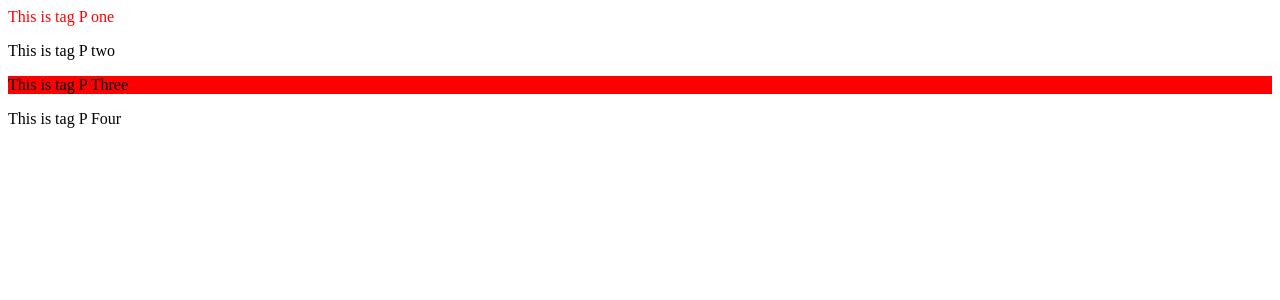
Repository: VDHBK/Learn-JS
Page: JS-Huy/domSelector.html
An editor plug-in stored every save of this project. The page is shown before and after the next save, followed by the edit.
The browser window is 1280 px wide. The pictures show the whole page.

Above is the page before, as saved 2020-10-16 00:23:43.

### JS-Huy/domSelector.html
<!-- DOM Selecter -->
<html>
	<head>
	</head>
	<body>
            <p>This is tag P one </p>
            <p>This is tag P two </p>
            <p>This is tag P Three </p>
            <p>This is tag P Four </p>

        <script>
            let tagObject = document.getElementsByTagName("p");
            tagObject[0].style.color = "red";
            tagObject[2].style.backgroundColor = "red";
		</script>
	</body>
</html>

After the next save:
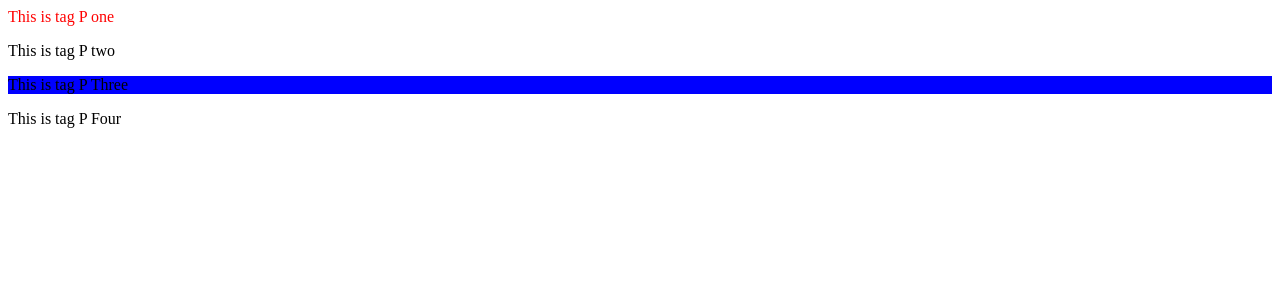
Saved 1 s later.
--- a/JS-Huy/domSelector.html
+++ b/JS-Huy/domSelector.html
@@ -11,7 +11,7 @@
         <script>
             let tagObject = document.getElementsByTagName("p");
             tagObject[0].style.color = "red";
-            tagObject[2].style.backgroundColor = "red";
+            tagObject[2].style.backgroundColor = "blue";
 		</script>
 	</body>
 </html>
